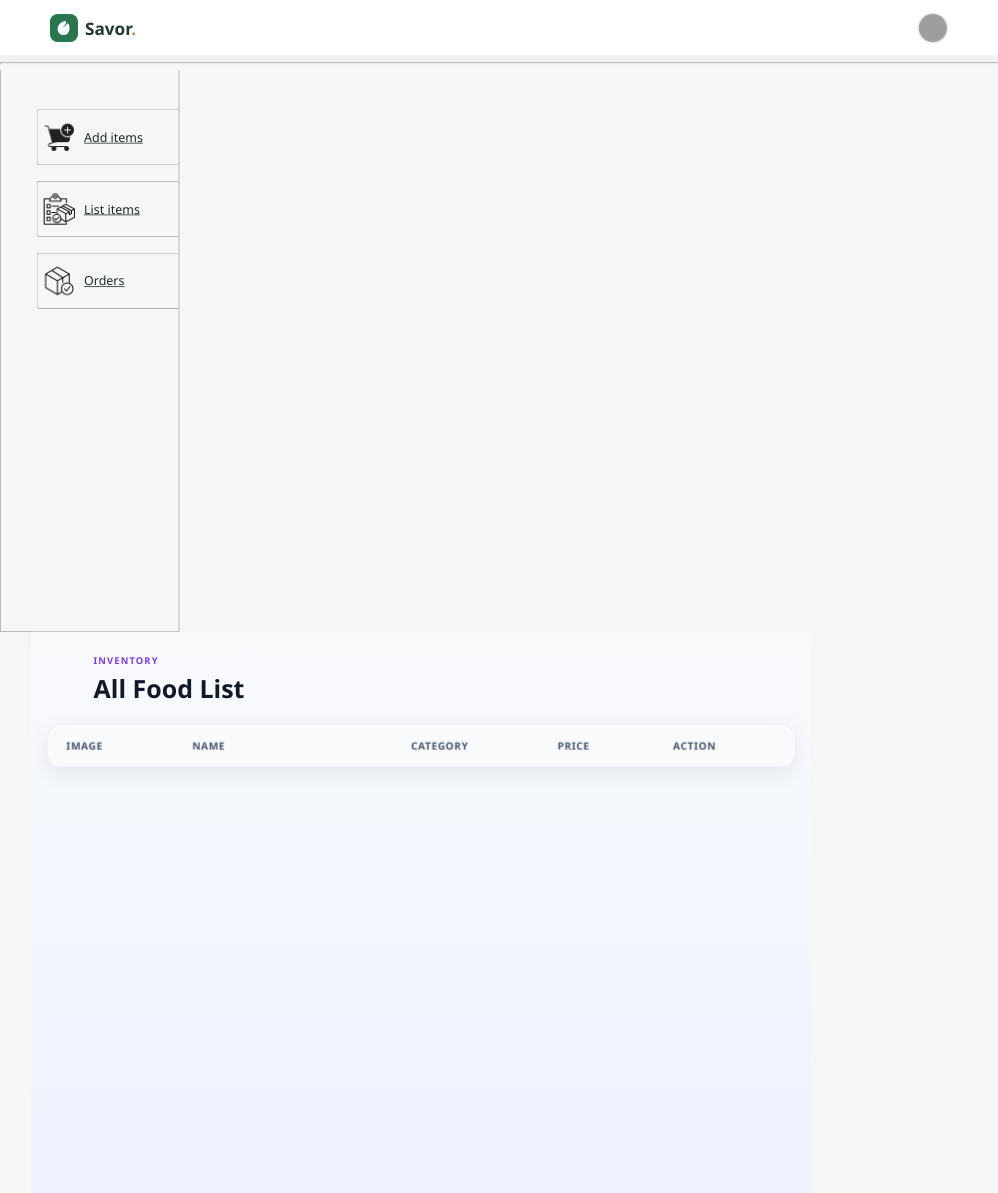
Repository: prince44991/Ecommerce-Project-Full-Stack
Page: /Listitem (app in admin/my-react-app/)
An editor plug-in stored every save of this project. The page is shown before and after the next save, followed by the edit.
The browser window is 1280 px wide. The pictures show the whole page, at 78% of full size.
Pictures or frames that could not be fetched are drawn as grey boxes. The page's requests for data from a server got no answer. The project was rebuilt for these pictures with package versions that can differ from the ones it lists, and the page was loaded fresh each time. No one was signed in, and anything a server would have sent is missing. Also part of the build but not shown: admin/my-react-app/vite.config.js, admin/my-react-app/src/pages/Add/Add.css, admin/my-react-app/src/pages/Add/Add.jsx, admin/my-react-app/src/pages/Order/Order.jsx.

Above is the page before, as saved 2026-09-30 16:13:48.

### admin/my-react-app/index.html
<!doctype html>
<html lang="en">
  <head>
    <meta charset="UTF-8" />
    <link rel="icon" type="image/svg+xml" href="/favicon.svg" />
    <meta name="viewport" content="width=device-width, initial-scale=1.0" />
    <title>my-react-app</title>
  </head>
  <body>
    <div id="root"></div>
    <script type="module" src="/src/main.jsx"></script>
  </body>
</html>

### admin/my-react-app/src/index.css
:root {
  font-family: 'DM Sans', 'Segoe UI', sans-serif;
  font-synthesis: none;
  text-rendering: optimizeLegibility;
  -webkit-font-smoothing: antialiased;
  -moz-osx-font-smoothing: grayscale;
  font-optical-sizing: auto;
  font-weight: 400;
  color: #202a27;
  background: #f5f7f5;
}

* {
  box-sizing: border-box;
}

body {
  min-width: 320px;
  min-height: 100vh;
  margin: 0;
}

button,
input {
  font: inherit;
}

a {
  color: inherit;
}

### admin/my-react-app/src/App.jsx
import Navbar from './components/Navbar/Navbar.jsx'
import Sliderbar from './components/Sliderbar/Sliderbar.jsx'
import { BrowserRouter, Route, Routes } from "react-router-dom"
import Add from './pages/Add/Add.jsx'
import Order from './pages/Order/Order.jsx'
import List from './pages/List/List.jsx'
import { ToastContainer, toast } from 'react-toastify';
function App() {
  return (
    <>
    <BrowserRouter>
    <ToastContainer/>
    <Navbar />
    <hr/>
    <Sliderbar/>
    <Routes>
      <Route path='/Additem' element={<Add/>} />
      <Route path='/Listitem' element={<List/>} />
      <Route path='/Orders' element={<Order/>} />
    </Routes>
    </BrowserRouter>
    </>
  )
}

export default App

### admin/my-react-app/src/components/Navbar/Navbar.jsx
import React from 'react'
import './Navbar.css'

const Navbar = () => {
  return (
    <header className="navbar">
      <a className="navbar__brand" href="#dashboard" aria-label="Savor admin dashboard">
        <span className="navbar__logo" aria-hidden="true">
          <svg viewBox="0 0 32 32" fill="none">
            <path d="M16 27c-6.2 0-10-4.2-10-9.7C6 11.6 10.5 6 19.5 5c-.2 5.6-2.7 8.3-6.8 10.2 3.4-1.1 7-3.7 9.2-7.4C27.7 14 24.8 27 16 27Z" fill="currentColor" />
            <path d="M9 23c3.2-4.2 6.1-6.3 10.8-8.4" stroke="white" strokeWidth="1.8" strokeLinecap="round" />
          </svg>
        </span>
        <span className="navbar__name">Savor<span>.</span></span>
      </a>

      <img
        className="navbar__avatar"
        src="https://images.unsplash.com/photo-1534528741775-53994a69daeb?auto=format&fit=crop&w=128&h=128&q=80"
        alt="Admin profile"
      />
    </header>
  )
}

export default Navbar

### admin/my-react-app/src/components/Sliderbar/Sliderbar.jsx
import React from 'react'
import './Sliderbar.css'
import item from '../../assets/add-to-cart.png';
import list from '../../assets/list-items.png';
import order from '../../assets/package.png';
import { NavLink } from 'react-router-dom';
const Sliderbar = () => {
  return (
    <div>
    <div className="sidebar">
        <div className="sidbar-options">
            <div className="sidbar-option">
                <img src={item} alt="" />
                <NavLink to="/Additem"><p className='par'>Add items</p></NavLink>
            </div>
            <div className="sidbar-option">
                <img src={list} alt="" />
                <NavLink to="/Listitem"><p className='par'>List items</p></NavLink>
            </div>
            <div className="sidbar-option">
                <img src={order} alt="" />
                <NavLink to="/Orders"><p className='par'>Orders</p></NavLink>
            </div>
        </div>
    </div>
    </div>
  )
}

export default Sliderbar

### admin/my-react-app/src/pages/List/List.jsx
import axios from 'axios';
import { useEffect, useState } from 'react';
import './List.css';

const List = () => {
  const [display, setDisplay] = useState([]);

  const datafetch = async () => {
    try {
      const url = 'http://localhost:8001';
      const response = await axios.get(`${url}/view/product`);
      setDisplay(response.data.data);
    } catch (error) {
      console.error('Error fetching products:', error);
      setDisplay([]);
    }
  };

  useEffect(() => {
    datafetch();
  }, []);

  return (
    <div className="list-page">
      <div className="list-header ">
        <div className='head'>
          <p className="eyebrow">Inventory</p>
          <h2>All Food List</h2>
        </div>

      </div>

      <div className="list-table-wrapper">
        <div className="list-table-format title">
          <b>Image</b>
          <b>Name</b>
          <b>Category</b>
          <b>Price</b>
          <b>Action</b>
        </div>

        {display.map((r, index) => (
          <div key={index} className="list-table-format row">
            <img
              src={`http://localhost:8001/uploads/${r.image}`}
              alt={r.productname}
            />

            <div className="food-info">
              <p className="food-name">{r.productname}</p>
              <span className="food-desc">{r.description}</span>
            </div>

            <p className="category-pill">{r.catagory}</p>
            <p className="price-tag">₹{r.price}</p>

            <div className="action-cell">
              <button type="button" className="row-action">*</button>
            </div>
          </div>
        ))}
      </div>
    </div>
  );
};

export default List;

### admin/my-react-app/src/components/Navbar/Navbar.css
.navbar {
	display: flex;
	width: 100%;
	min-height: 72px;
	align-items: center;
	justify-content: space-between;
	gap: 24px;
	padding: 0 clamp(18px, 5vw, 64px);
	border-bottom: 1px solid #e8eeea;
	background: #fff;
	box-shadow: 0 3px 14px rgb(30 59 43 / 5%);
}

.navbar__brand {
	display: inline-flex;
	flex: 0 0 auto;
	align-items: center;
	gap: 9px;
	color: #203a2d;
	text-decoration: none;
}

.navbar__logo {
	display: grid;
	width: 36px;
	height: 36px;
	place-items: center;
	border-radius: 10px;
	color: #fff;
	background: #28754e;
}

.navbar__logo svg {
	width: 26px;
	height: 26px;
}

.navbar__name {
	font-size: 22px;
	font-weight: 700;
}

.navbar__name span {
	color: #d98750;
}

.navbar__avatar {
	width: 40px;
	height: 40px;
	flex: 0 0 auto;
	border: 2px solid #e7eee9;
	border-radius: 50%;
	object-fit: cover;
	object-position: center 38%;
}

.navbar__brand:focus-visible {
	outline: 2px solid #28754e;
	outline-offset: 4px;
}

@media (max-width: 560px) {
	.navbar {
		min-height: 64px;
		gap: 18px;
		padding: 0 18px;
	}
}

### admin/my-react-app/src/components/Sliderbar/Sliderbar.css
img{
    width: 40px;
}

.sidebar{
    width: 18%;
     min-height: 100vh;
    border: 1.5px solid #a9a9a9;
    border-top: 0;
}
.sidbar-options{
    padding-top: 50px;
    padding-left: 20%;
    display: flex;
    flex-direction: column;
    gap: 20px;
}
.sidbar-option{
    display: flex;
     align-items: center;
    gap: 12px;
    border: 1px solid #a9a9a9;
    border-right: 0;
    padding: 8px;
    border-radius: 3px 0px 0px 3px;
    cursor: pointer;
     /* text-decoration: none; */
}
.par{
    text-decoration: none;
}

### admin/my-react-app/src/pages/List/List.css
.list-page {
  max-width: 1000px;
  margin: 0 auto;
  padding: 28px 20px;
  background: linear-gradient(180deg, #f8fafc 0%, #eef2ff 100%);
  min-height: 100vh;
  font-family: 'Segoe UI', Tahoma, Geneva, Verdana, sans-serif;
  margin-left: 40px;
}

.list-header {
  display: flex;
  justify-content: space-between;
  align-items: center;
  margin-bottom: 24px;
}

.eyebrow {
  margin: 0 0 6px;
  font-size: 12px;
  letter-spacing: 0.12em;
  text-transform: uppercase;
  color: #7c3aed;
  font-weight: 700;
  /* margin-left: 20px; */
}
.head{
    margin-left: 60px;
}

.list-header h2 {
  margin: 0;
  font-size: 32px;
  color: #111827;
}

.add-btn {
  border: none;
  background: linear-gradient(135deg, #7c3aed, #4f46e5);
  color: white;
  padding: 12px 18px;
  border-radius: 12px;
  font-weight: 600;
  cursor: pointer;
  box-shadow: 0 10px 20px rgba(124, 58, 237, 0.2);
  transition: transform 0.2s ease;
}

.add-btn:hover {
  transform: translateY(-1px);
}

.list-table-wrapper {
  max-width: 980px;
  margin: 0 auto;
  background: rgba(255, 255, 255, 0.8);
  backdrop-filter: blur(6px);
  border: 1px solid rgba(148, 163, 184, 0.18);
  border-radius: 20px;
  box-shadow: 0 10px 30px rgba(15, 23, 42, 0.08);
  overflow: hidden;
}

.list-table-format {
  display: grid;
  grid-template-columns: 1.1fr 2fr 1.3fr 1fr 1fr;
  align-items: center;
  gap: 16px;
  padding: 18px 24px;
}

.list-table-format.title {
  background: #f8fafc;
  border-bottom: 1px solid #e2e8f0;
  color: #475569;
  font-size: 13px;
  text-transform: uppercase;
  letter-spacing: 0.06em;
}

.list-table-format.row {
  border-bottom: 1px solid #edf2f7;
  background: white;
  transition: background 0.2s ease;
}

.list-table-format.row:last-child {
  border-bottom: none;
}

.list-table-format.row:hover {
  background: #faf5ff;
}

.list-table-format img {
  width: 72px;
  height: 72px;
  object-fit: cover;
  border-radius: 14px;
  border: 1px solid #e2e8f0;
  background: #f1f5f9;
}

.food-info {
  display: flex;
  flex-direction: column;
  gap: 4px;
}

.food-name {
  margin: 0;
  font-size: 16px;
  font-weight: 700;
  color: #111827;
}

.food-desc {
  color: #64748b;
  font-size: 12px;
  line-height: 1.4;
}

.category-pill {
  margin: 0;
  display: inline-flex;
  justify-self: start;
  padding: 8px 12px;
  border-radius: 999px;
  background: #ede9fe;
  color: #6d28d9;
  font-size: 12px;
  font-weight: 700;
}

.price-tag {
  margin: 0;
  font-size: 16px;
  font-weight: 700;
  color: #0f172a;
}

.action-cell {
  display: flex;
  justify-content: flex-end;
}

.row-action {
  border: none;
  background: #ecfdf5;
  color: #047857;
  padding: 10px 14px;
  border-radius: 10px;
  font-weight: 700;
  cursor: pointer;
}

@media (max-width: 768px) {
  .list-page {
    padding: 16px;
  }

  .list-header {
    flex-direction: column;
    align-items: flex-start;
    gap: 16px;
  }

  .list-table-wrapper {
    overflow-x: auto;
  }

  .list-table-format {
    min-width: 620px;
  }
}

Loaded but not shown: admin/my-react-app/src/main.jsx (common file)

After the next save:
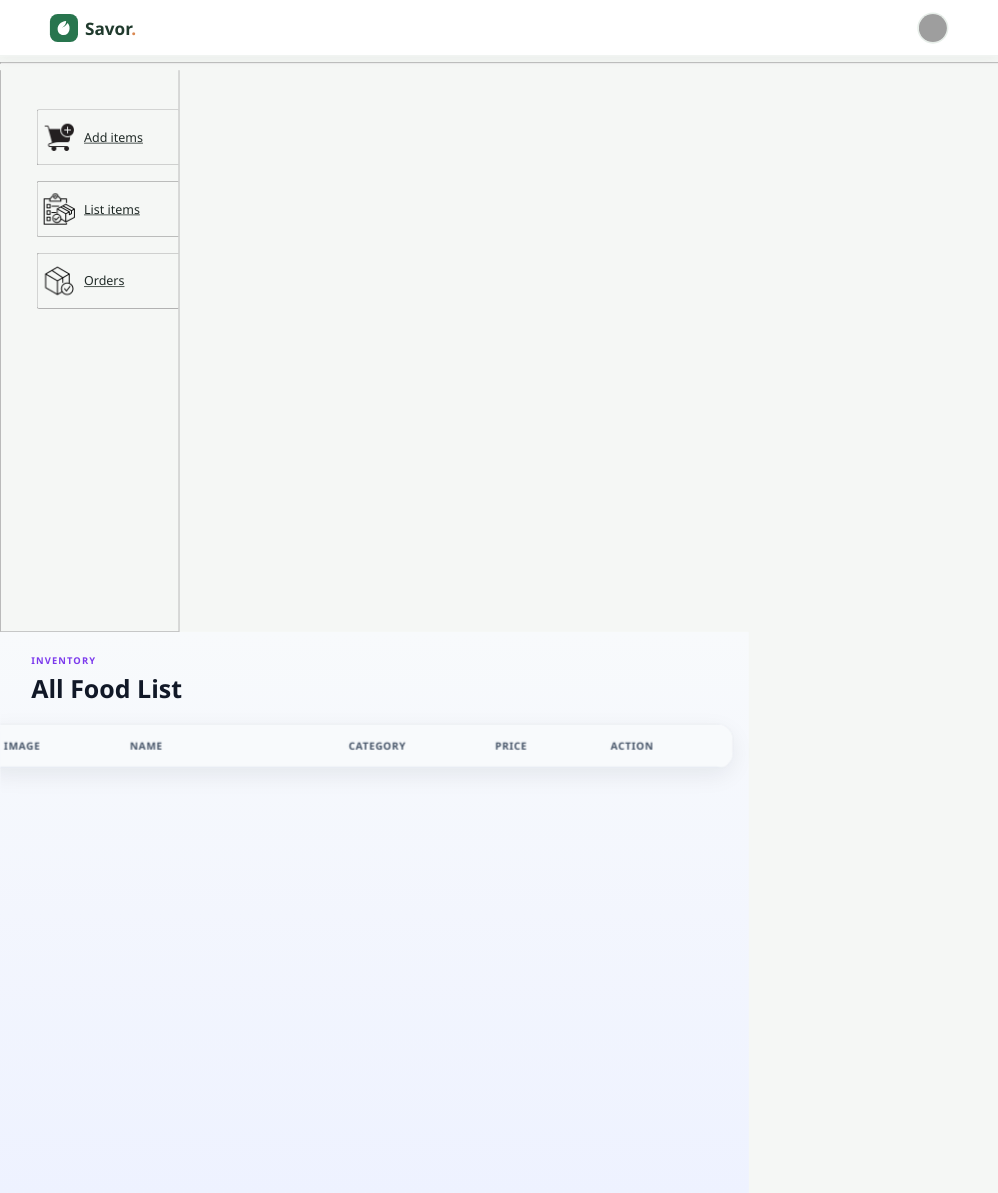
Saved 6 s later.
--- a/admin/my-react-app/src/pages/List/List.css
+++ b/admin/my-react-app/src/pages/List/List.css
@@ -5,7 +5,7 @@
   background: linear-gradient(180deg, #f8fafc 0%, #eef2ff 100%);
   min-height: 100vh;
   font-family: 'Segoe UI', Tahoma, Geneva, Verdana, sans-serif;
-  margin-left: 40px;
+  margin-left: -40px;
 }
 
 .list-header {
